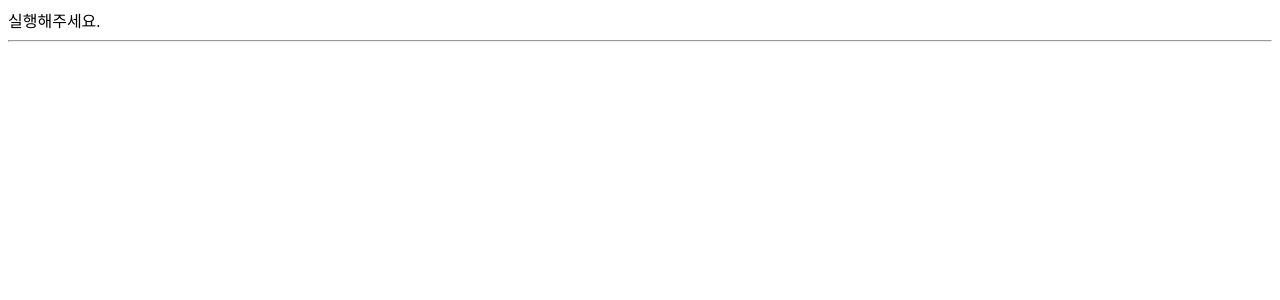
Repository: dhalfks/jsp
Page: http://localhost/web_study/step1-if.jsp
These files come from the project's save history. The page is drawn as it stood at one moment and after the next save; the edit follows.
The browser window is 1280 px wide. The pictures show the whole page.
The page is served by Tomcat 9.

Above is the page before, as saved 2022-08-16 04:19:15.

### _jspworkspace(jstl)/web_study/src/main/webapp/step1-if.jsp
<%@ page language="java" contentType="text/html; charset=UTF-8"
    pageEncoding="UTF-8"%>
<!-- JSTL 선언부 -->
<%@ taglib prefix="c" uri="http://java.sun.com/jsp/jstl/core" %>
<!DOCTYPE html>
<html>
<head>
<meta charset="UTF-8">
<title>JSTL if</title>
</head>
<body>
	<c:if test="true">
		실행해주세요.
	</c:if>
	<hr>
</body>
</html>

After the next save:
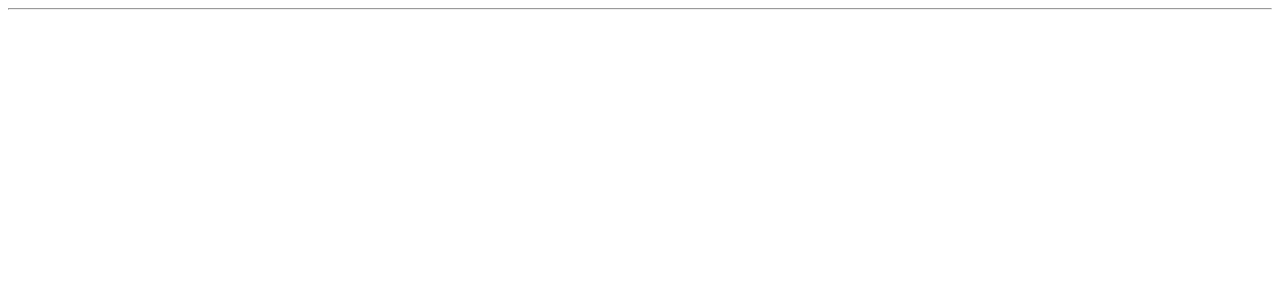
Saved 41 s later.
--- a/_jspworkspace(jstl)/web_study/src/main/webapp/step1-if.jsp
+++ b/_jspworkspace(jstl)/web_study/src/main/webapp/step1-if.jsp
@@ -9,7 +9,7 @@
 <title>JSTL if</title>
 </head>
 <body>
-	<c:if test="true">
+	<c:if test="false">
 		실행해주세요.
 	</c:if>
 	<hr>

After the save that followed:
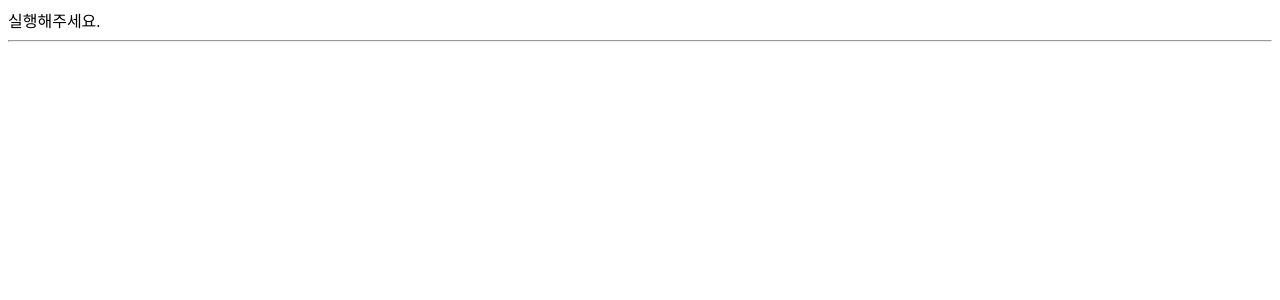
Saved 17 s later.
--- a/_jspworkspace(jstl)/web_study/src/main/webapp/step1-if.jsp
+++ b/_jspworkspace(jstl)/web_study/src/main/webapp/step1-if.jsp
@@ -9,7 +9,7 @@
 <title>JSTL if</title>
 </head>
 <body>
-	<c:if test="false">
+	<c:if test="true">
 		실행해주세요.
 	</c:if>
 	<hr>
